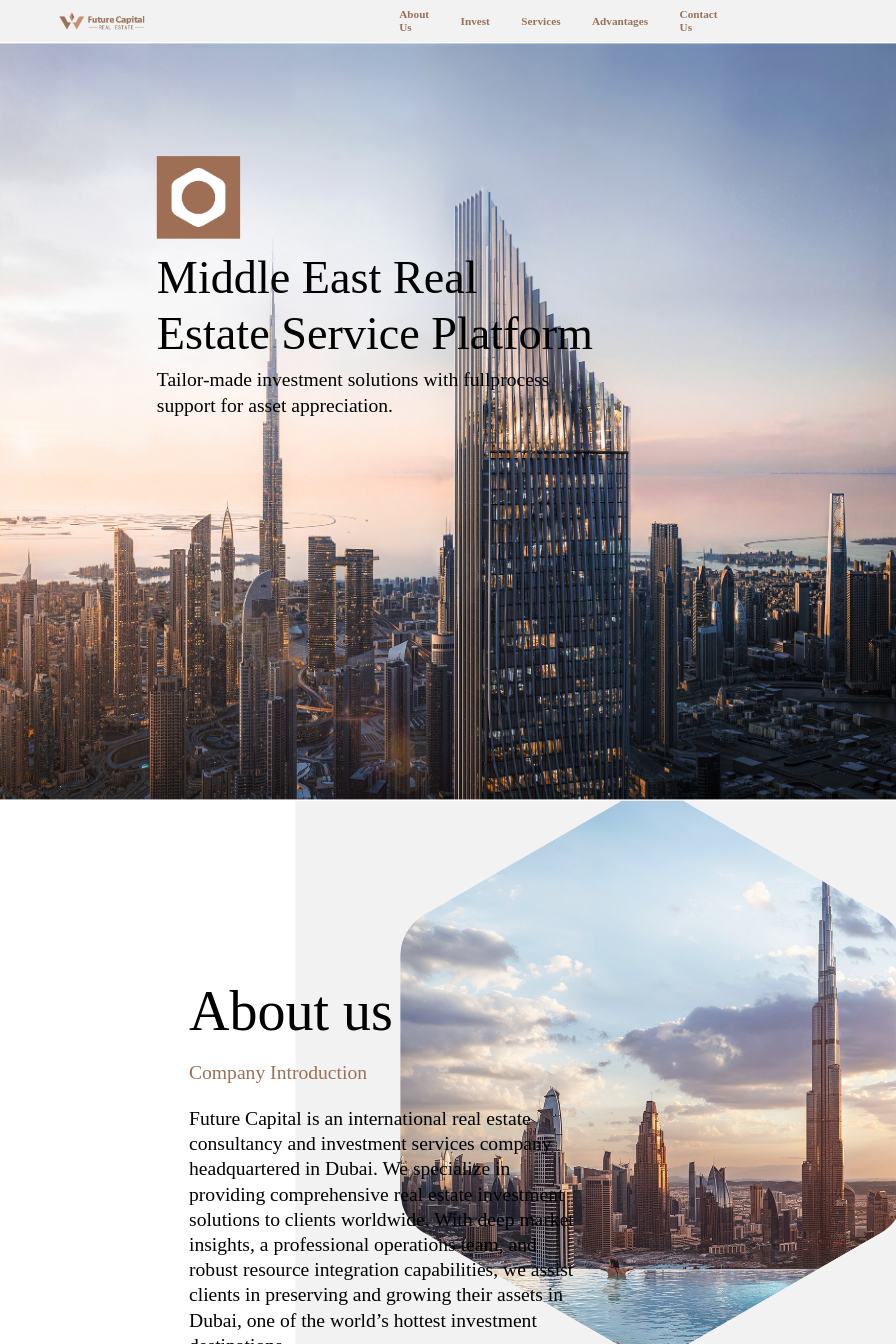
Repository: hcliu987/FutureCapital
Page: /
The author's editor kept a copy of each file at every save. The page is drawn from the files as they stood at one save, then again after the next save.
The browser window is 1280 px wide. The pictures show the part of the page from y = 0 to 1920 px (the page is 8610 px tall), at 70% of full size.
The project was rebuilt for these pictures with package versions that can differ from the ones it lists, and the page was loaded fresh each time. Also part of the build but not shown: vue.config.js.

Above is the page before, as saved 2025-01-18 14:14:01.

### src/App.vue
<template>
  <homePage />
</template>

<script setup>
import homePage from "./components/homePage.vue";
</script>

<style>
html,
body {
  margin: 0;
}
</style>

### src/components/homePage.vue
<template>
  <div class="homePage">
    <div class="nav">
      <div class="left">
        <img class="toplogo" src="@/assets/logo.png" />
      </div>
      <div class="right">
        <div><a href="#aboutUs">About Us</a></div>
        <div><a href="#invest">Invest</a></div>
        <div><a href="#services">Services</a></div>
        <div><a href="#advantages">Advantages</a></div>
        <div><a href="#contactUs">Contact Us</a></div>
      </div>
    </div>
    <div class="aboutUs" id="aboutUs">
      <img class="img_bg" src="@/assets/aboutUs_bg1.jpg" />
      <img class="logo" src="@/assets/aboutUs_logo.png" />
      <div class="title">Middle East Real</div>
      <div class="title">Estate Service Platform</div>
      <div class="subInfo m1">
        Tailor-made investment solutions with fullprocess
      </div>
      <div class="subInfo">support for asset appreciation.</div>
    </div>
    <div class="aboutUs2">
      <div class="left"></div>
      <div class="right">
        <img src="@/assets/aboutUs_bg2.png" />
      </div>
      <div class="con_txt">
        <div class="title">About us</div>
        <div class="subtitle">Company Introduction</div>
        <div class="intro">
          Future Capital is an international real estate consultancy and
          investment services company headquartered in Dubai. We specialize in
          providing comprehensive real estate investment solutions to clients
          worldwide. With deep market insights, a professional operations team,
          and robust resource integration capabilities, we assist clients in
          preserving and growing their assets in Dubai, one of the world’s
          hottest investment destinations.
        </div>
      </div>
    </div>
    <div class="aboutUs3">
      <div class="left">
        <img src="@/assets/aboutUs_bg3.png" />
      </div>
      <div class="right"></div>
      <div class="con_txt">
        <div class="title">Company Vision</div>
        <div class="line"></div>
        <div class="info">
          Whether you are looking for an ideal home or exploring high-yield
          investment opportunities, Future Capital is committed to a
          customer-first philosophy. <br /><br />
          We deliver tailored investment support through exceptional service
          quality and forward-thinking market analysis, ensuring a personalized
          experience for every client.
        </div>
      </div>
    </div>
    <div class="invest" id="invest">
      <div class="top">
        <div class="title">New Opportunities</div>
        <div class="title">for Global Asset Allocation</div>
        <div class="line"></div>
      </div>
      <div class="bottom">
        <div class="row">
          <div class="item">
            <div class="pre">0%</div>
            <div class="text">
              Tax Incentives: Zero personal income tax.Zero capital gains tax.
            </div>
          </div>
          <div class="item">
            <div class="pre">6%-8%</div>
            <div class="text">
              Leading Investment Returns:The real estate market offers an
              average annual rental yield of 6%-8%.
            </div>
          </div>
          <div class="item">
            <div class="pre">12%</div>
            <div class="text">
              High-End Residential Growth:Luxury residential projects boast an
              annual sales growth rate exceeding 12%.
            </div>
          </div>
        </div>
        <div class="row">
          <div class="item">
            <div class="pre">100%</div>
            <div class="text">
              Non-UAE investors can achieve 100% foreign ownership.
            </div>
          </div>
          <div class="item">
            <div class="pre">80%</div>
            <div class="text">
              Over 80% of the population in Dubai consists of expatriates,
              leading to steadily growing housing demand.
            </div>
          </div>
          <div class="item">
            <div class="pre">60%</div>
            <div class="text">
              Located at the intersection of Europe, Asia, and Africa, 60% of
              global markets are within an 8-hour flight radius.
            </div>
          </div>
        </div>
        <div class="btext m1">
          Dubai, as a world-leading international metropolis, serves not only as
          the economic and trade hub of
        </div>
        <div class="btext">
          the Middle East but also as a focal point for global investors.
        </div>
      </div>
    </div>
    <div class="services" id="services">
      <div class="top">
        <div class="line"></div>
        <div class="item">
          <div class="title">Our Services</div>
          <div>
            Assist the rental of of primary and secondary commercial/residential
            properties.
          </div>
          <div>
            Assist the rental of of primary and secondary commercial/residential
            properties.
          </div>
        </div>
      </div>
      <div class="imgs">
        <img class="img1" src="@/assets/services_bg1.png" />
        <img class="img2" src="@/assets/services_bg2.png" />
      </div>
    </div>
    <div class="advantages1" id="advantages">
      <img src="@/assets/advantages_bg1.jpg" />
      <div class="title">Our Advantages</div>
    </div>
    <div class="advantages2">
      <div class="top">
        <div class="item">
          <div class="title">Company Introduction</div>
          <div class="info">
            A professional real estate consultancy team offering accurate market
            analysis and expert advice.
          </div>
        </div>
        <div class="item h1">
          <div class="title">High-End Resource Integration</div>
          <div class="info">
            Collaborating with Dubai’s top developers, such as EMAAR, Nakheel,
            and DAMAC, to provide exclusive properties and premium resources.
          </div>
        </div>
        <div class="item h1">
          <div class="title">Customer First</div>
          <div class="info">
            Placing client needs at the core, delivering full process,
            comprehensive support from property selection to investment
            implementation.
          </div>
        </div>
        <div class="item">
          <div class="title">Global Perspective</div>
          <div class="info">
            Serving clients worldwide, including investors from China, the UK,
            India, Europe, and Gulf countries.
          </div>
        </div>
      </div>
      <div class="img">
        <img src="@/assets/advantages_bg2.png" />
      </div>
    </div>
    <div class="contact" id="contactUs">
      <div class="left">
        <img src="@/assets/contact_bg2.png" />
      </div>
      <div class="right">
        <img src="@/assets/contact_bg1.png" />
      </div>
      <div class="content">
        <div class="title">
          <img src="@/assets/aboutUs_logo.png" />
          <div class="text">Contact US</div>
        </div>
        <div class="info">
          Thank you for your interest and trust in us! For more information
          about our projects or to discuss any inquiries and collaboration
          opportunities, feel free to reach out to our professional team. You
          can contact us through the following channels, and we look forward to
          providing you with the best service.
        </div>
        <div class="detail">
          <div class="key">Phone</div>
          <div class="value">+971 50 350 8883</div>
        </div>
        <div class="detail">
          <div class="key">Email</div>
          <div class="value">michael@futurecapital.ae</div>
        </div>
        <div class="detail">
          <div class="key">Address</div>
          <div class="value">
            3rd Floor Westburry Tower, Al Abraj Street Business Bay, Dubai
          </div>
        </div>
        <div class="end">
          We look forward to working with you to build a better future !
        </div>
      </div>
    </div>
  </div>
</template>

<script setup>
</script>


<style scoped>
.homePage {
  max-width: 1920px;
}
.nav {
  height: 60px;
  background: #f2f2f2;
  display: flex;
  align-items: center;
  justify-content: space-between;
  padding: 0 210px 0 85px;
  margin-bottom: 2px;
}
.nav .left {
  display: flex;
  align-items: center;
}
.nav .left img {
  margin-right: 12px;
}
.nav .right {
  display: flex;
  align-items: center;
  justify-content: end;
  width: 100%;
  font-family: 'Outfit Bold';
}
.nav .right div {
  margin-right: 45px;
  color: #987159;
  cursor: pointer;
  font-size: 16px;
  font-weight: bold;
}
.nav .right a {
  color: #987159;
  text-decoration: none;
}
.aboutUs {
  width: 100%;
  position: relative;
  min-height: 1080px;
  margin-bottom: 2px;
}
.aboutUs .img_bg {
  max-width: 100%;
  position: absolute;
  min-height: 1080px;
}
.aboutUs .logo {
  width: 118.5px;
  height: 118.5px;
  margin: 160.5px 0 12px 224px;
  position: relative;
  z-index: 1;
}
.nav .left .toplogo{
  width: 25%;
  height: 25%;
}
.aboutUs .title {
  margin-left: 224px;
  font-size: 66px;
  font-weight: 400;
  color: #000;
  line-height: 80px;
  position: relative;
  z-index: 1;
  font-family: ;
}
.aboutUs .subInfo {
  margin-left: 224px;
  font-size: 28px;
  line-height: 36px;
  position: relative;
  z-index: 1;
}
.aboutUs .m1 {
  margin-top: 8px;
}
.aboutUs2 {
  display: flex;
  width: 100%;
  min-height: 1080px;
  position: relative;
  margin-bottom: 2px;
}
.aboutUs2 .left {
  width: 33%;
  background: #fff;
}
.aboutUs2 .right {
  width: 67%;
  background: #f2f2f2;
  text-align: right;
}
.aboutUs2 .right img {
  max-width: 82.5%;
}
.aboutUs2 .con_txt {
  position: absolute;
  top: 260px;
  left: 270px;
  width: 573px;
}
.aboutUs2 .title {
  font-size: 80px;
  line-height: 80px;
  color: #000;
}
.aboutUs2 .subtitle {
  font-size: 28px;
  color: #987159;
  line-height: 36px;
  margin: 30px 0;
}
.aboutUs2 .intro {
  font-size: 28px;
  line-height: 36px;
}
.aboutUs3 .left {
  width: 55.7%;
}
.aboutUs3 {
  display: flex;
  width: 100%;
  position: relative;
  margin-bottom: 2px;
}
.aboutUs3 .right {
  width: 44.3%;
  background: #f2f2f2;
}
.aboutUs3 .con_txt {
  width: 851px;
  height: 678px;
  background: #fff;
  position: absolute;
  top: 110px;
  right: 110px;
  padding: 182px 0 0 132px;
}
.aboutUs3 .con_txt .title {
  font-size: 28px;
  color: #987159;
  line-height: 36px;
  margin-bottom: 66px;
}
.aboutUs3 .con_txt .line {
  height: 1px;
  width: 145px;
  margin-bottom: 38px;
  background: #987159;
}
.aboutUs3 .con_txt .info {
  width: 533px;
  font-size: 28px;
  line-height: 36px;
}
.invest .top {
  height: 360px;
  background: #fff;
  text-align: center;
  display: flex;
  align-items: center;
  flex-direction: column;
  justify-content: center;
}
.invest .top .title {
  font-size: 80px;
  color: #000;
  line-height: 80px;
}
.invest .top .line {
  height: 1px;
  background: #987159;
  width: 773px;
  margin-top: 32px;
}
.invest .bottom {
  height: 600px;
  background: #f2f2f2;
  padding: 90px 200px 30px 328px;
}
.invest .bottom .row {
  display: flex;
  justify-content: space-between;
}
.invest .bottom .row .item {
  height: 215px;
  width: 314px;
  margin-bottom: 40px;
}
.invest .bottom .row .pre {
  font-size: 80px;
  line-height: 80px;
  color: #987159;
  margin-bottom: 7.5px;
}
.invest .bottom .row .text {
  font-size: 20px;
  line-height: 25.2px;
  color: #000;
}
.invest .bottom .btext {
  width: 100%;
  text-align: center;
  font-size: 28px;
  line-height: 36px;
}
.invest .bottom .m1 {
  margin-top: 10px;
}
.services {
  min-height: 1080px;
  background: #fff;
  margin: 2px 0;
}
.services .top {
  height: 232px;
  padding: 150px 120px 150px 150px;
}
.services .top .line {
  width: 466px;
  height: 1px;
  background: #987159;
  margin-bottom: 65px;
}
.services .top .item {
  display: flex;
  align-items: center;
  justify-content: space-between;
  height: 106px;
}
.services .top .item div {
  max-width: 460px;
  font-size: 28px;
  line-height: 36px;
}
.services .top .item .title {
  max-width: 550px;
  font-size: 80px;
}
.services .imgs {
  display: flex;
  width: 100%;
}
.services .imgs .img1 {
  width: 67%;
}
.services .imgs .img2 {
  width: 33%;
}
.advantages1 {
  min-height: 1080px;
  margin-bottom: 2px;
  position: relative;
  display: flex;
  align-items: center;
  justify-content: center;
}
.advantages1 .title {
  font-size: 80px;
  position: relative;
  color: #fff;
  z-index: 1;
}
.advantages1 img {
  min-height: 1080px;
  width: 100%;
  position: absolute;
}
.advantages2 {
  min-height: 1080px;
  background: #fff;
  margin-bottom: 2px;
}
.advantages2 .img {
  height: 488px;
}
.advantages2 .top {
  height: 529px;
  padding: 63px 142px 0 172px;
  display: flex;
  justify-content: space-between;
}
.advantages2 .top .item {
  width: 332px;
}
.advantages2 .top .h1 {
  width: 345px;
}
.advantages2 .top .title {
  color: #987159;
  height: 180px;
  font-size: 28px;
  display: flex;
  align-items: flex-end;
  margin-bottom: 40px;
  font-weight: 700;
}
.advantages2 .top .info {
  font-size: 28px;
}
.advantages2 .img img {
  width: 100%;
  height: 100%;
}
.contact {
  display: flex;
  position: relative;
}
.contact .left {
  background: #f2f2f2;
  width: 50%;
  display: flex;
  align-items: center;
}
.contact .left img {
  max-width: 22%;
  position: relative;
  z-index: 1;
}
.contact .right {
  width: 50%;
  background: #987159;
  display: flex;
  align-items: center;
  justify-content: end;
}
.contact .right img {
  max-width: 60%;
}
.contact .content {
  width: 870px;
  height: 613px;
  position: absolute;
  top: 108px;
  left: 194px;
  background: #fff;
  padding: 129px 65px 120px 100px;
}
.contact .content .title {
  display: flex;
  align-items: flex-end;
  margin-bottom: 80px;
}
.contact .content img {
  width: 118px;
  height: 118px;
}
.contact .content .title .text {
  font-size: 80px;
  line-height: 80px;
  margin-left: 93px;
}
.contact .content .info {
  font-size: 28px;
  line-height: 36px;
  margin-bottom: 30px;
}
.contact .content .detail {
  display: flex;
  margin-bottom: 16px;
}
.contact .content .key,
.contact .content .value {
  min-width: 119px;
  font-size: 22px;
  color: #987159;
  line-height: 30px;
}
.contact .content .value {
  color: #000;
}
.contact .content .end {
  font-size: 28px;
  line-height: 36px;
  text-align: center;
  margin-top: 50px;
}
</style>

Loaded but not shown: public/index.html (common file); src/main.js (common file)

After the next save:
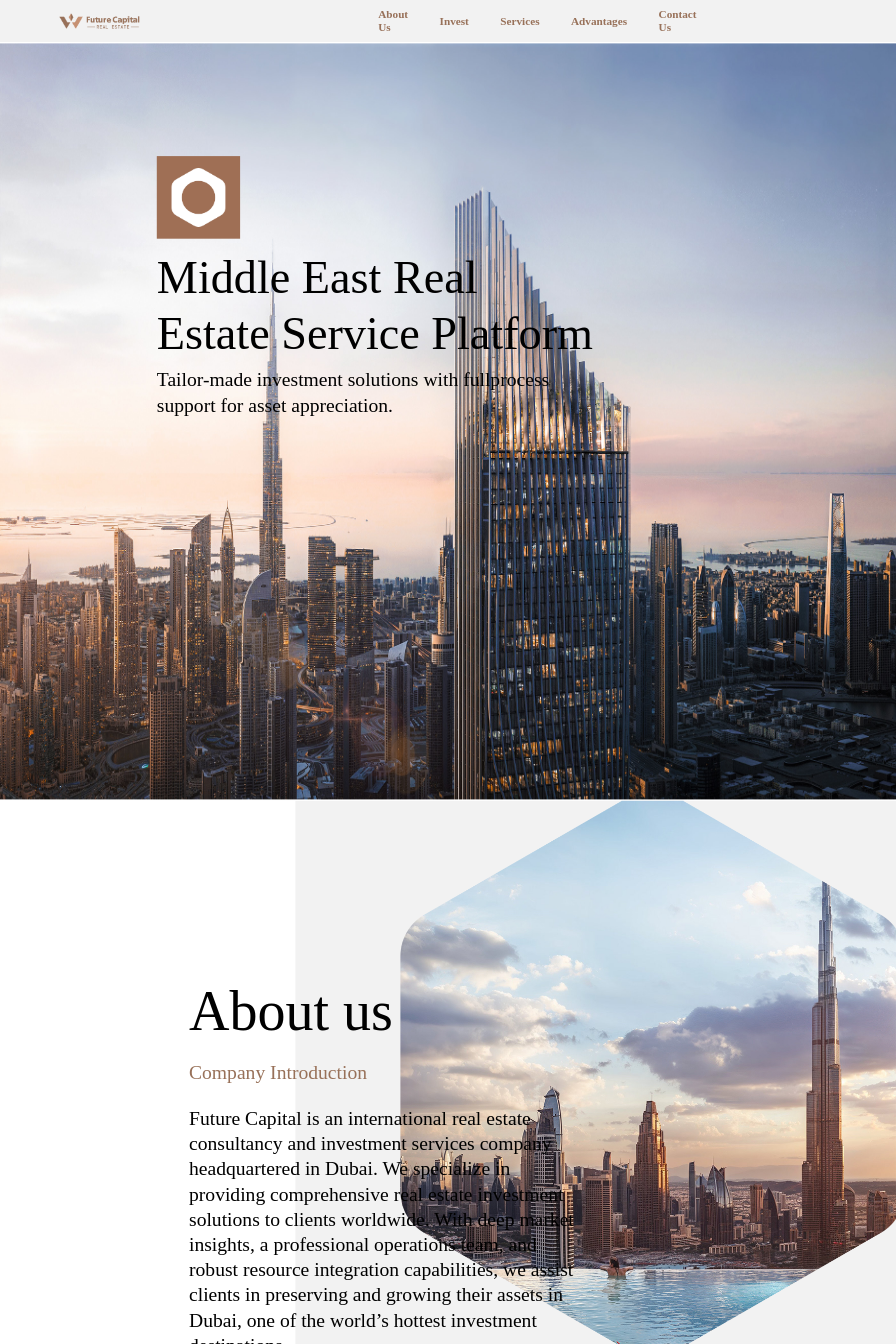
Saved 14 s later.
--- a/src/components/homePage.vue
+++ b/src/components/homePage.vue
@@ -234,7 +234,7 @@
   display: flex;
   align-items: center;
   justify-content: space-between;
-  padding: 0 210px 0 85px;
+  padding: 0 240px 0 85px;
   margin-bottom: 2px;
 }
 .nav .left {
